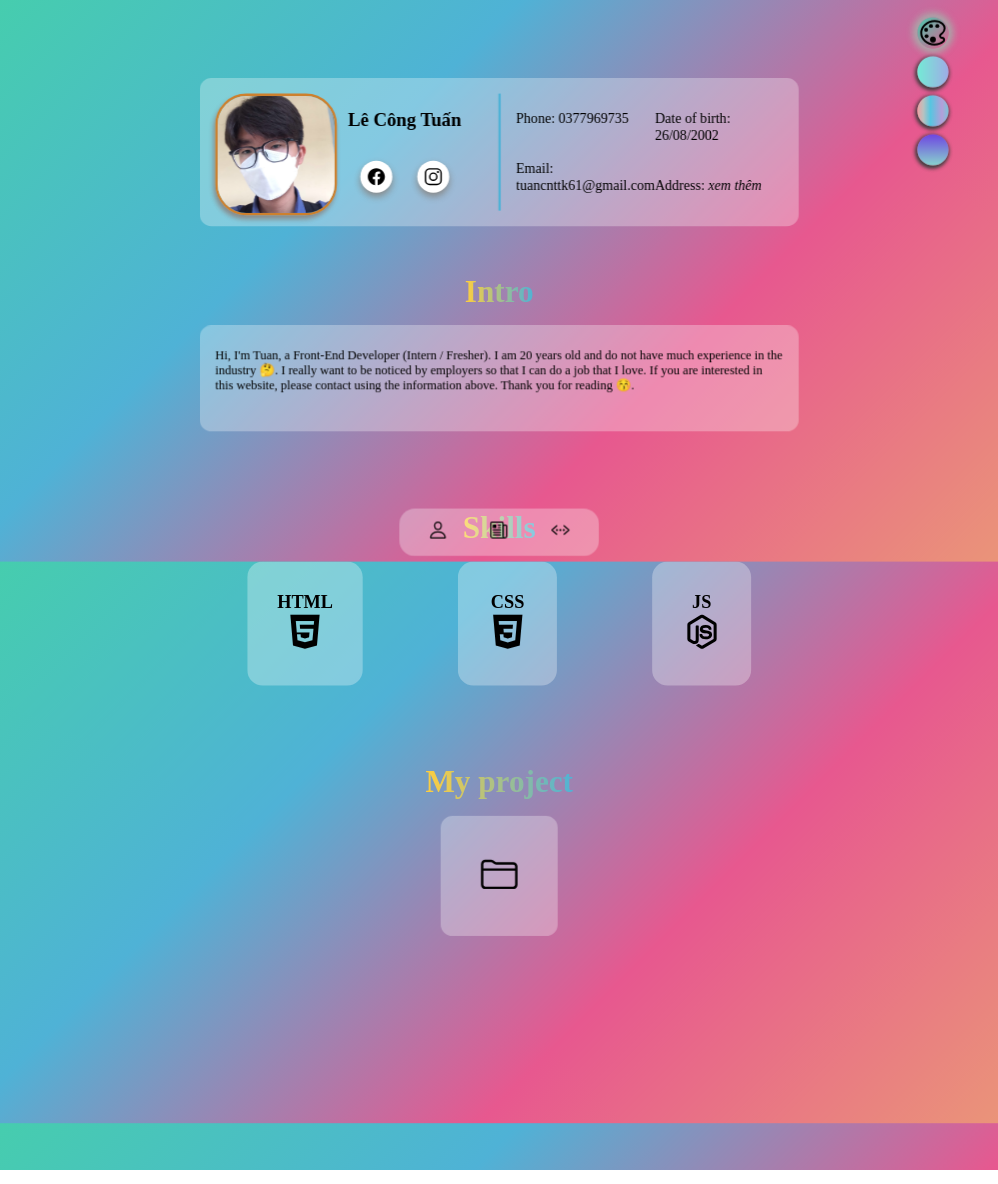
Repository: LeCongTuan2608/Profile
Page: index.html
An editor plug-in stored every save of this project. The page is shown before and after the next save, followed by the edit.
The browser window is 1280 px wide. The pictures show the whole page, at 78% of full size.
The pointer rests on the first visible `.palette`.
Backgrounds fixed to the window are drawn as part of the page. The style sheet was rebuilt from its Sass, Less or Tailwind sources for each picture, by a compiler version that may differ from the author's.

Above is the page before, as saved 2022-05-05 12:45:27.

### index.html
<!DOCTYPE html>
<html lang="en">
   <head>
      <meta charset="UTF-8" />
      <meta http-equiv="X-UA-Compatible" content="IE=edge" />
      <meta name="viewport" content="width=device-width, initial-scale=1.0" />

      <script type="module" src="https://unpkg.com/ionicons@5.5.2/dist/ionicons/ionicons.esm.js"></script>
      <script nomodule src="https://unpkg.com/ionicons@5.5.2/dist/ionicons/ionicons.js"></script>

      <link rel="preconnect" href="https://fonts.googleapis.com" />
      <link rel="preconnect" href="https://fonts.gstatic.com" crossorigin />
      <link href="https://fonts.googleapis.com/css2?family=Pacifico&display=swap" rel="stylesheet" />

      <link href="https://unpkg.com/aos@2.3.1/dist/aos.css" rel="stylesheet" />
      <script src="https://unpkg.com/aos@2.3.1/dist/aos.js"></script>

      <link rel="stylesheet" href="./sass/css/style.css" />
      <title>Profile</title>
   </head>
   <body>
      <div class="container">
         <div class="palette">
            <ion-icon name="color-palette-outline"></ion-icon>
            <div class="list-color">
               <ul>
                  <li class="bgr-color"></li>
                  <li class="bgr-color"></li>
                  <li class="bgr-color"></li>
               </ul>
            </div>
         </div>

         <div class="contents">
            <div data-aos="flip-left" data-aos-duration="1500">
               <div class="card-info">
                  <div class="personal-information">
                     <div class="image">
                        <div class="user-image">
                           <img src="./images/1.JPG" alt="" />
                        </div>
                        <div class="user-intro">
                           <h2>Lê Công Tuấn</h2>
                           <div class="user-intro-navigation">
                              <div class="navigation-fb">
                                 <a href="https://www.facebook.com/profile.php?id=100026041985048"
                                    ><ion-icon name="logo-facebook"></ion-icon
                                 ></a>
                                 <span>facebook</span>
                              </div>
                              <div class="navigation-ins">
                                 <a href="https://www.instagram.com/tuanle2608/"
                                    ><ion-icon name="logo-instagram"></ion-icon
                                 ></a>
                                 <span>instagram</span>
                              </div>
                           </div>
                        </div>
                     </div>
                     <div class="contact">
                        <div class="contact-info">
                           <span>Phone: 0377969735</span>
                           <span>Email: tuancnttk61@gmail.com</span>
                        </div>
                        <div class="contact-info">
                           <span>Date of birth: 26/08/2002</span>
                           <span>Address: <i id="see">xem thêm</i></span>
                        </div>
                     </div>
                  </div>
               </div>
            </div>
            <div class="card-intro">
               <div class="intro-yourself">
                  <div class="title">
                     <div data-aos="fade-up" data-aos-duration="1000">
                        <h1>Intro</h1>
                     </div>
                  </div>
                  <div data-aos="flip-down" data-aos-duration="1000">
                     <div class="intro-content">
                        <p>
                           Hi, I'm Tuan, a Front-End Developer (Intern / Fresher). I am 20 years old and do not have
                           much experience in the industry 🤔. I really want to be noticed by employers so that I can do
                           a job that I love. If you are interested in this website, please contact using the
                           information above. Thank you for reading 😚.
                        </p>
                     </div>
                  </div>
               </div>

               <div class="my-skills">
                  <div class="title">
                     <div data-aos="fade-down" data-aos-easing="linear" data-aos-duration="300">
                        <h1>Skills</h1>
                     </div>
                  </div>
                  <div class="skills-content">
                     <div class="list-skills">
                        <div data-aos="fade-right">
                           <h3>HTML</h3>
                           <ion-icon name="logo-html5"></ion-icon>
                        </div>

                        <div data-aos="fade-down">
                           <h3>CSS</h3>
                           <ion-icon name="logo-css3"></ion-icon>
                        </div>

                        <div data-aos="fade-left">
                           <h3>JS</h3>
                           <ion-icon name="logo-nodejs"></ion-icon>
                        </div>
                     </div>
                  </div>
               </div>

               <div class="my-project">
                  <div class="title">
                     <div data-aos="fade-up" data-aos-anchor-placement="bottom-bottom">
                        <h1>My project</h1>
                     </div>
                  </div>
                  <div class="project-box">
                     <div data-aos="zoom-in">
                        <div class="box">
                           <ion-icon name="folder-outline"></ion-icon>
                        </div>
                     </div>
                  </div>
               </div>
            </div>
         </div>

         <div class="box-container">
            <div class="list-project">
               <div class="close">
                  <ion-icon name="close-circle-outline"></ion-icon>
               </div>

               <ul>
                  <li>
                     <a href="https://lecongtuan2608.github.io/Youtube/">https://lecongtuan2608.github.io/Youtube/</a>
                  </li>
                  <li><a href="https://lecongtuan2608.github.io/music/">https://lecongtuan2608.github.io/music/</a></li>
               </ul>
            </div>
         </div>
         <div class="toolbar">
            <div class="tollbar-list">
               <ul>
                  <li><ion-icon name="person-outline"></ion-icon></li>
                  <li><ion-icon name="newspaper-outline"></ion-icon></li>
                  <li><ion-icon name="code-working-outline"></ion-icon></li>
               </ul>
            </div>
         </div>
      </div>
   </body>
   <script>
      AOS.init();
   </script>
   <script src="./js/app.js"></script>
</html>

### js/app.js
const open_project = document.querySelector('.box');
const box_container = document.querySelector('.box-container');
const close_box = document.querySelector('.close');
const list_project = document.querySelector('.list-project');
open_project.addEventListener('click', function () {
   box_container.classList.add('open');
});
close_box.addEventListener('click', function () {
   box_container.classList.remove('open');
});
box_container.addEventListener('click', function () {
   box_container.classList.remove('open');
});
list_project.addEventListener('click', function (event) {
   event.stopPropagation();
});

const palette = document.querySelector('.palette');
var bgr_colors = document.querySelectorAll('.bgr-color');
const container = document.querySelector('.container');
const text_colors = document.querySelectorAll('.title h1');
function bgr_change() {
   for (let i = 0; i < bgr_colors.length; i++) {
      bgr_colors[i].addEventListener('click', function () {
         bgr_colors = i;
         if (bgr_colors == 0) {
            for (let text_color of text_colors) {
               text_color.classList.remove('text-color-2');
               text_color.classList.remove('text-color-3');
               text_color.classList.add('text-color-1');
            }
            container.classList.remove('bgr-color-2');
            container.classList.remove('bgr-color-3');
            container.classList.add('bgr-color-1');
         } else if (bgr_colors == 1) {
            for (let text_color of text_colors) {
               text_color.classList.remove('text-color-1');
               text_color.classList.remove('text-color-3');
               text_color.classList.add('text-color-2');
            }
            container.classList.remove('bgr-color-1');
            container.classList.remove('bgr-color-3');
            container.classList.add('bgr-color-2');
         } else if (bgr_colors == 2) {
            for (let text_color of text_colors) {
               text_color.classList.remove('text-color-1');
               text_color.classList.remove('text-color-2');
               text_color.classList.add('text-color-3');
            }
            container.classList.remove('bgr-color-1');
            container.classList.remove('bgr-color-2');
            container.classList.add('bgr-color-3');
         }
      });
   }
}
bgr_change();

### sass/style.scss
*{
    margin: 0;
    padding: 0;
}
html{
    width: 100%;
    height: 100%;
    padding: 0;
    margin: 0;
    font-family: 'Fredoka One', cursive;

}
body{
    width: 100%;
    height: auto;

}
.container{
    padding-top: 100px;
    padding-bottom: 200px;
    width: 100%;
    height: auto;
    position: relative;
    background-image: linear-gradient(-45deg, #ea9479, #e7588f, #4fb2d6, #46cdae);
    background-attachment: fixed;
}
.bgr-color-1{
    background-image: linear-gradient(90deg, #74EBD5 0%, #9FACE6 100%);
    background-attachment: fixed;
}
.bgr-color-2{
    background-image: linear-gradient(to right, #eea2a2 0%, #bbc1bf 19%, #57c6e1 42%, #b49fda 79%, #7ac5d8 100%);
    background-attachment: fixed;
}
.bgr-color-3{
    background-image: linear-gradient(to top, #88d3ce 0%, #6e45e2 100%);
    background-attachment: fixed;
}
.palette{
    position: fixed;
    top: 3%;
    right: 5%;
    font-size: 40px;
}
.list-color ul{
    position: absolute;
}
.palette:hover ul li{
    display: block;
}
// chọn màu bgr
.list-color ul li:first-child{
    margin-bottom: 10px;
    background-image: linear-gradient(90deg, #74EBD5 0%, #9FACE6 100%);
}
.list-color ul li:nth-of-type(2){
    margin-bottom: 10px;
    background-image: linear-gradient(to right, #eea2a2 0%, #bbc1bf 19%, #57c6e1 42%, #b49fda 79%, #7ac5d8 100%);
}
.list-color ul li:last-child{
    background-image: linear-gradient(to top, #88d3ce 0%, #6e45e2 100%);

}

.list-color ul li{
    list-style-type: none;
    display: none;
    width: 40px;
    height: 40px;
    border-radius: 100rem;
    box-shadow: #3d3d3d -1px 2px 5px 2px;

}
.toolbar{
    width:  20%;
    border-radius: 20px;
    position: fixed;
    font-size: 25px;
    left: 50%;
    transform: translateX(-50%);
    bottom: 1%;
    background-color: rgba($color: white, $alpha: 0.3);
}
.tollbar-list{
    padding: 10px;
}
.toolbar ul{
    display: flex;
    justify-content: space-around;
}
.toolbar ul li {
    list-style-type: none;
    display: inline;
    border-radius: 100rem;
    cursor: pointer;
}
.toolbar ul li ion-icon{
    padding: 5px;
}
.toolbar ul li:hover {
background-color: #a5e296;
}
.palette ion-icon{
    background-image: linear-gradient(-45deg, #e7588f,#46cdae);
    border-radius: 100rem;
    box-shadow: #a9a9a9 0px 0px 10px 6px;
    cursor: pointer;
}
.contents{
    width: 100%;
    display: flex;
    flex-wrap: wrap;
    align-content: center;
    flex-direction: column;
}
.contents > div{
    width: 60%;
}
.card-info{
    background-color: rgba($color: white, $alpha: 0.3);
    border-radius: 15px;
}
.personal-information{
    padding: 20px;
    display: flex;

}
.image{
    display: flex;
    flex: 1;
    border-right: 3px solid;
    border-color:#4fb2d6;
    padding-right: 20px;
}
.user-image{
    width: 150px;
    height: 150px;
    // border: 3px solid;
    // border-image-source: linear-gradient(to top, #f64f59, #9634c8);
    // border-image-slice :1;
}
.user-image img{
    width: 100%;
    height: 100%;
    object-fit: cover;
    border-radius: 40px;
    border: solid;
    border-color: #cd802e;
    box-shadow: rgb(137, 137, 137) -2px 5px 7px 0px;


}
.user-intro{
    display: flex;
    margin-left: 20px;
    flex-direction: column;
    justify-content: space-around;
}
.user-intro-navigation{
    display: flex;
    justify-content: space-around;
}
.user-intro-navigation a{
    color: black;
    text-decoration: none;
}
.user-intro-navigation a > ion-icon{
    font-size: 25px;
    border-radius: 100rem;
    padding: 8px;
    background-color: white;
    box-shadow: rgb(137, 137, 137) 0px 5px 10px 0px;
}
.navigation-fb{
    position: relative;
}
.navigation-fb span{
    display: none;
}
.navigation-fb a > ion-icon:hover{
    background-color: rgb(153, 159, 248);
}
.navigation-fb:hover span{
    position: absolute;
    display: block;
    background-color: rgb(153, 159, 248);
    border-radius: 40px;
    padding: 5px;
    font-size: 18px;
    top: -95%;
    left: -50%;
    font-weight: 700;
    animation: intro ease 0.5s;
    z-index: 2;
}
.navigation-fb:hover::after{
    position: absolute;
    content: "";
    width: 13px;
    height: 13px;
    background-color: rgb(153, 159, 248);
    clip-path: polygon(50% 100%, 0 0, 100% 0);
    top: -25%;
    left: 30%;
    animation: intro ease 0.5s;
    z-index: 1;
}


.navigation-ins{
    position: relative;
}
.navigation-ins span{
    display: none;
}
.navigation-ins a > ion-icon:hover{
    background-color: rgb(64, 173, 177);
}
.navigation-ins:hover span{
    position: absolute;
    display: block;
    background-color: rgb(64, 173, 177);
    border-radius: 40px;
    padding: 5px;
    font-size: 18px;
    top: -95%;
    left: -50%;
    font-weight: 700;
    animation: intro ease 0.5s;
    z-index: 2;
}
.navigation-ins:hover::after{
    position: absolute;
    content: "";
    width: 13px;
    height: 13px;
    background-color: rgb(64, 173, 177);
    clip-path: polygon(50% 100%, 0 0, 100% 0);
    top: -25%;
    left: 30%;
    animation: intro ease 0.5s;
    z-index: 1;
}
.contact{
    flex: 1;
    display: flex;
    padding-left: 20px;
}
.contact-info{
    flex: 1;
    display: flex;
    flex-direction: column;
    justify-content: space-around;
}
.contact-info span{
    font-size: 18px;
    overflow: hidden;
}

.card-intro{
    margin-top: 30px;
    width: 60%;

}
.intro-yourself{
    margin: 30px 0 100px 0;
}
.title{
    text-align: center;
    margin-bottom: 20px;
    font-size: 20px;
}
.title h1{
    display: inline-block;
    background-image: linear-gradient( to right,#ffce3d, #4fb2d6);
    color: transparent;
    -webkit-background-clip: text;
    background-clip: text;
}
// đổi màu text
.text-color-1{
    background-image: linear-gradient(-225deg, #AC32E4 0%, #7918F2 48%, #4801FF 100%) !important;
}
.text-color-2{
    background-image: linear-gradient(-225deg, #A445B2 0%, #D41872 52%, #FF0066 100%) !important;
}
.text-color-3{
    background-image: linear-gradient(to top, #50cc7f 0%, #f5d100 100%) !important;
}

//===============
.intro-content{
    padding: 30px 20px 50px 20px;
    background-color: rgba($color: white, $alpha: 0.3);
    border-radius: 15px;
}

.my-skills {
    margin: 30px 0 100px 0;
}
.skills-content .list-skills{
    display: flex;
    justify-content: space-around;
}
.skills-content .list-skills div{
    padding: 5%;
    border-radius: 20px;
    background-color: rgba(255, 255, 255, 0.3);
    list-style-type: none;
    display: inline;
    text-align: center;
    font-size: 20px;
}

.skills-content .list-skills div ion-icon{
    font-size: 50px;
}
.my-project{
    margin: 30px 0 100px 0;

}
.project-box{
    display: flex;
    justify-content: center;
}
.box{
    background-color: rgba($color: white, $alpha: 0.3);
    border-radius: 15px;
    text-align: center;
    cursor: pointer;
}
.box:hover{
    transition-duration: 0.5s;
    transform: scale(1.1, 1.1);
    box-shadow: rgba(130, 130, 130, 0.773) 0px 1px 5px 2px;
}
.box > ion-icon{
    font-size: 50px;
    padding: 50px;
}
.box-container{
    position: fixed;
    top:0;
    left: 0;
    right: 0;
    bottom: 0;
    background-color: rgba( rgb(186, 186, 186), 0.5);
    display: none;
}
.open{
    display: block;
}
.list-project{
    position: absolute;
    left: 30%;
    right: 30%;
    top: 50%;
    transform: translateY(-50%);
    border-radius: 15px;
    background-color: white;
    box-shadow: rgb(137, 137, 137) 0px 5px 10px 0px;
    text-align: center;
    animation: intro ease 1s;

}
.close{
    position: absolute;
    width: 30px;
    height: 30px;
    right: 2%;
    top: 2%;
    font-size: 25px;
    cursor: pointer;
}
.list-project ion-icon:hover{
    color: red;
    border-radius: 100rem;

}
.list-project ul{
    padding: 50px 10px 30px 10px;
}
.list-project ul li{
    list-style-type: none;
}
.list-project ul li a{
    text-decoration: none;
    color: black;
}
.list-project ul li a:hover{
    color: rgb(53, 138, 213);
}
@keyframes intro{
    from {
        transform: translateY((100%));
    }
    to{
        transform: translateY((-50%));
    }
}
@media screen and (max-width:1060px) {
    .contents {
        display: block;
    }
    .contents > div{
        margin: 0 10% 0 10%;
        width: 80%;
    }
}
@media screen and (max-width:820px) {
    .contents {
        display: block;
    }
    .personal-information{
        display: block;
    }
    .image{
        border-right: none;
        border-bottom: 3px solid;
        border-color: #4fb2d6;
        padding-right: 0;
        padding-bottom: 30px;
    }
    .contact{
        padding-top: 30px;
        padding-left: 0px;

    }
}
@media screen and (max-width:567px){
    .image{
        border-right: none;
        border-bottom: 3px solid;
        border-color: #4fb2d6;
        padding-right: 0;
        padding-bottom: 30px;
    }
    .contact{
        padding-top: 30px;
        display: block;
    }
}
@media  screen and (max-width: 415px) {
    .palette{
        display: none;
    }

}
@media screen and (max-width:391px){
    .palette{
        display: none;
    }
}

After the next save:
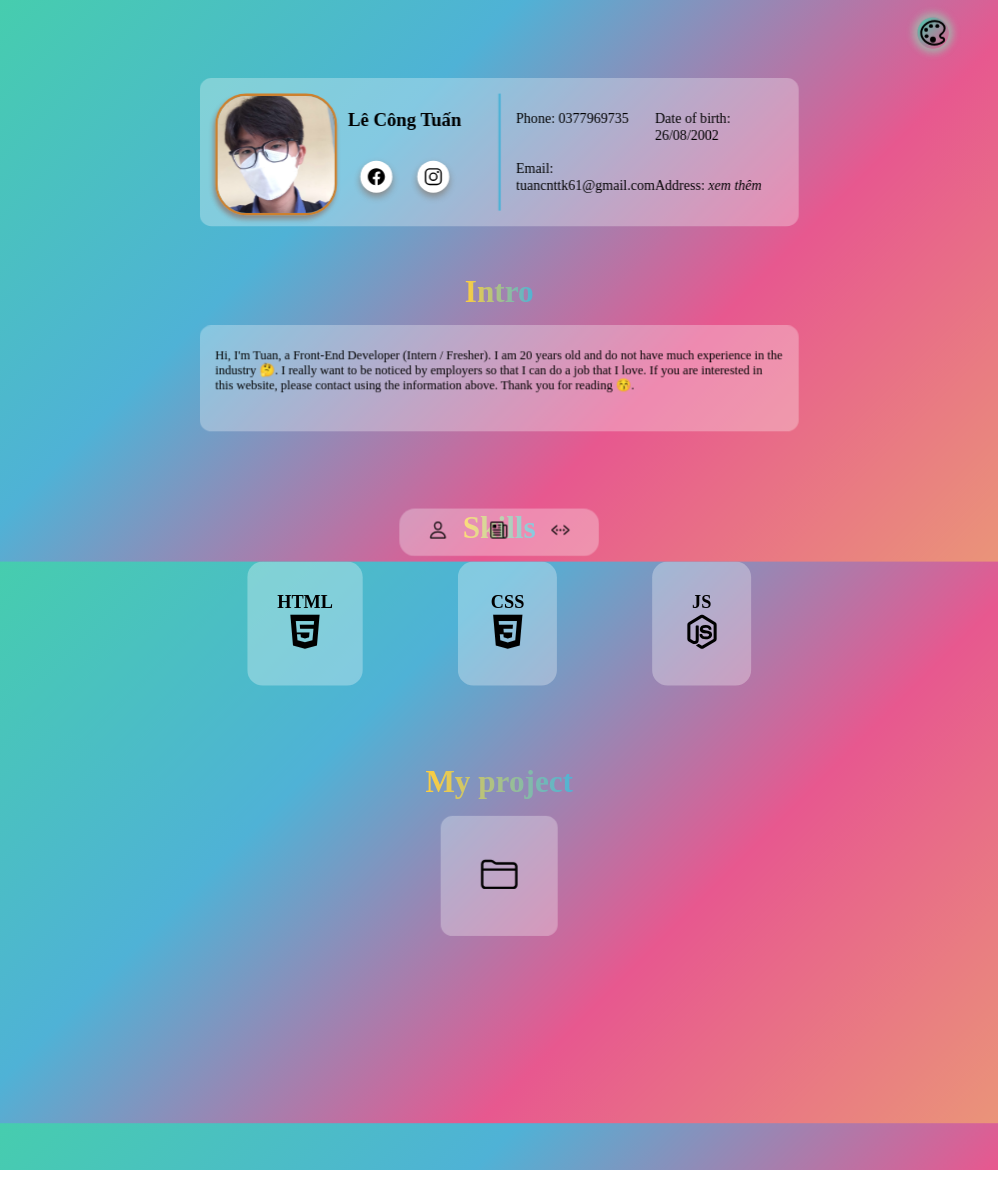
Saved 5 h 49 min later.
--- a/sass/style.scss
+++ b/sass/style.scss
@@ -44,9 +44,6 @@
 }
 .list-color ul{
     position: absolute;
-}
-.palette:hover ul li{
-    display: block;
 }
 // chọn màu bgr
 .list-color ul li:first-child{

After the 5 saves that followed:
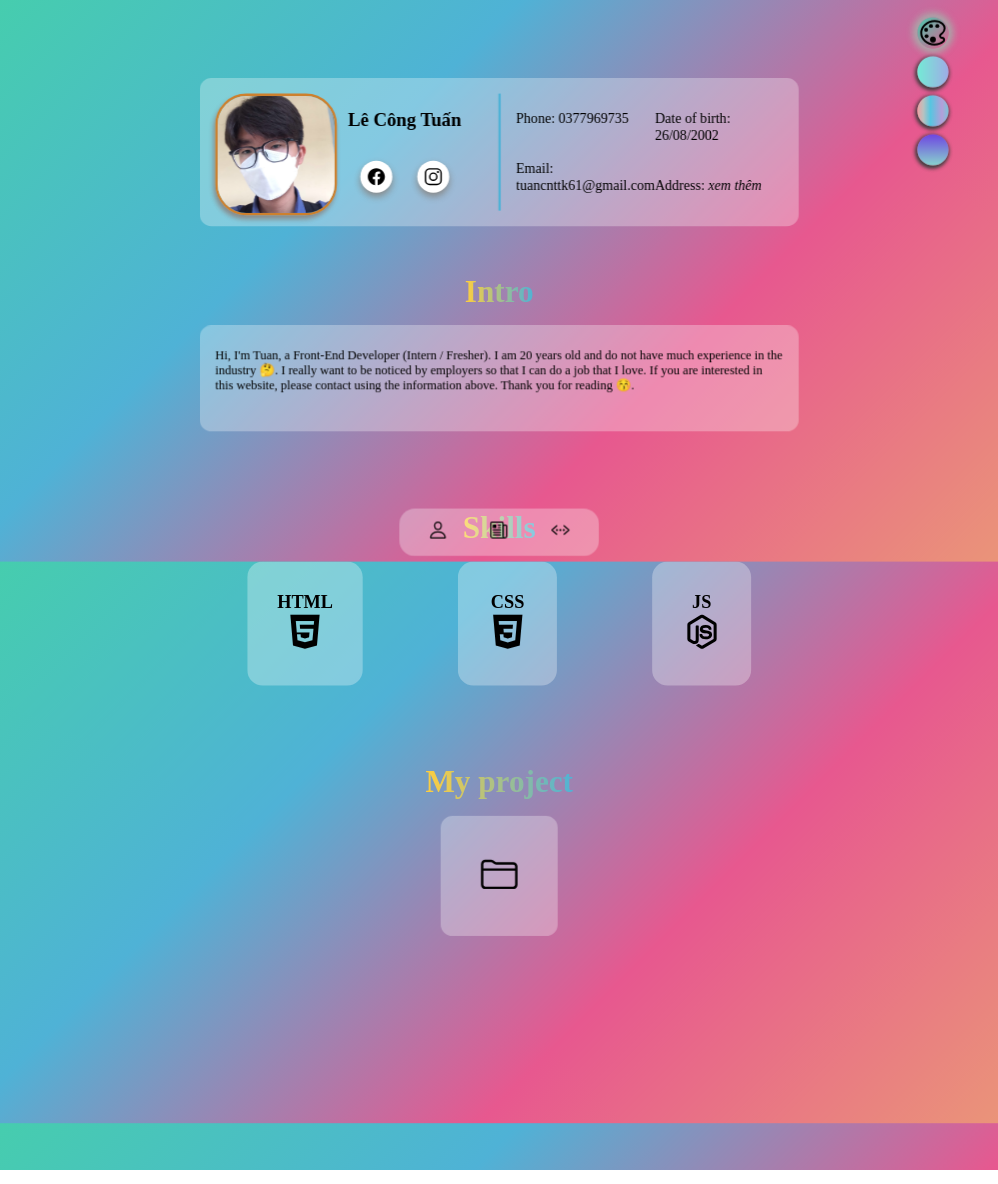
The 5 saves are shown as one change because 4 left the picture as it was.
The last was saved 4 min 25 s later.
--- a/js/app.js
+++ b/js/app.js
@@ -14,11 +14,15 @@ box_container.addEventListener('click', function () {
 list_project.addEventListener('click', function (event) {
    event.stopPropagation();
 });
-
 const palette = document.querySelector('.palette');
+const list_color = document.querySelector('.list-color ul li');
 var bgr_colors = document.querySelectorAll('.bgr-color');
 const container = document.querySelector('.container');
 const text_colors = document.querySelectorAll('.title h1');
+palette.addEventListener('click', function () {
+   list_color.classList.add('open');
+});
+
 function bgr_change() {
    for (let i = 0; i < bgr_colors.length; i++) {
       bgr_colors[i].addEventListener('click', function () {
--- a/sass/style.scss
+++ b/sass/style.scss
@@ -44,6 +44,9 @@
 }
 .list-color ul{
     position: absolute;
+}
+.palette:hover ul li{
+    display: block;
 }
 // chọn màu bgr
 .list-color ul li:first-child{
